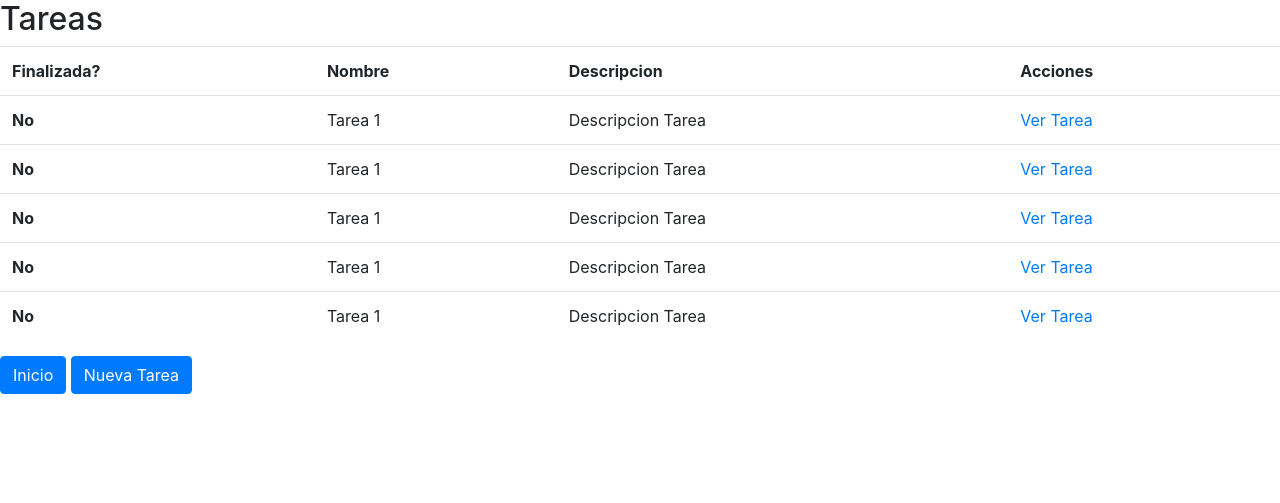
Repository: Alemartinez97/New-Repository
Page: programacion-3/tp4/tareas/lista.html
The author's editor kept a copy of each file at every save. The page is drawn from the files as they stood at one save, then again after the next save.
The browser window is 1280 px wide. The pictures show the whole page.

Above is the page before, as saved 2020-06-11 14:59:47.

After the next save:
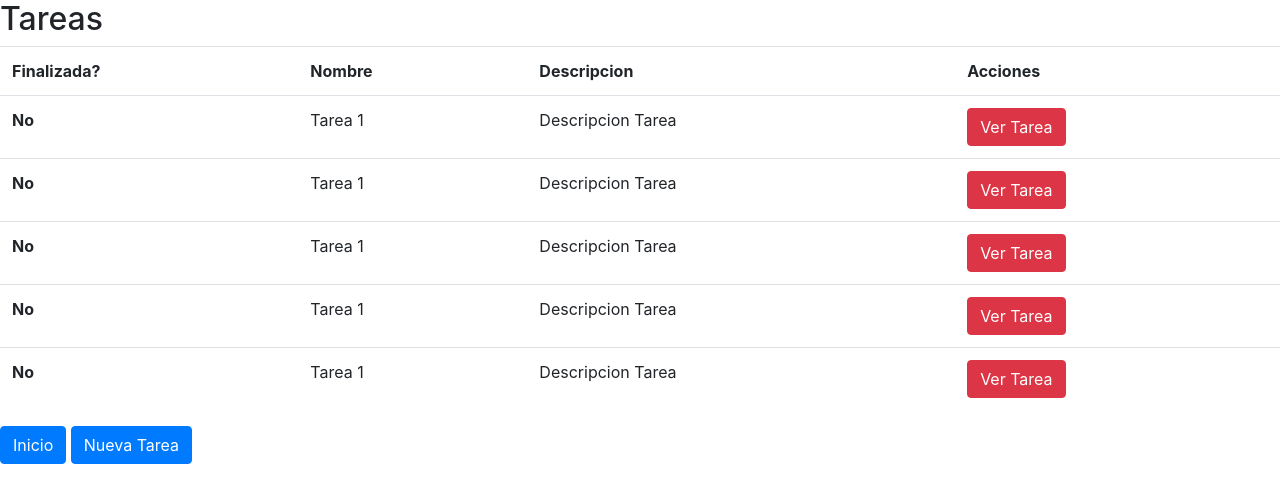
Saved 68 s later.
--- a/programacion-3/tp4/tareas/lista.html
+++ b/programacion-3/tp4/tareas/lista.html
@@ -20,31 +20,31 @@
             <th>No</th>
             <td>Tarea 1</td>
             <td>Descripcion Tarea</td>
-            <td><a href="ver/ver.html">Ver Tarea</a></td>
+            <td><a href="ver/ver.html" class="btn btn-danger">Ver Tarea</a></td>
           </tr>
           <tr>
             <th>No</th>
             <td>Tarea 1</td>
             <td>Descripcion Tarea</td>
-            <td><a href="ver/ver.html">Ver Tarea</a></td>
+            <td><a href="ver/ver.html" class="btn btn-danger">Ver Tarea</a></td>
           </tr>
           <tr>
             <th>No</th>
             <td>Tarea 1</td>
             <td>Descripcion Tarea</td>
-            <td><a href="ver/ver.html">Ver Tarea</a></td>
+            <td><a href="ver/ver.html"class="btn btn-danger" >Ver Tarea</a></td>
           </tr>
           <tr>
             <th>No</th>
             <td>Tarea 1</td>
             <td>Descripcion Tarea</td>
-            <td><a href="ver/ver.html">Ver Tarea</a></td>
+            <td><a href="ver/ver.html" class="btn btn-danger">Ver Tarea</a></td>
           </tr>
           <tr>
             <th>No</th>
             <td>Tarea 1</td>
             <td>Descripcion Tarea</td>
-            <td><a href="ver/ver.html">Ver Tarea</a></td>
+            <td><a href="ver/ver.html" class="btn btn-danger">Ver Tarea</a></td>
           </tr>
         </tbody>
       </table>
